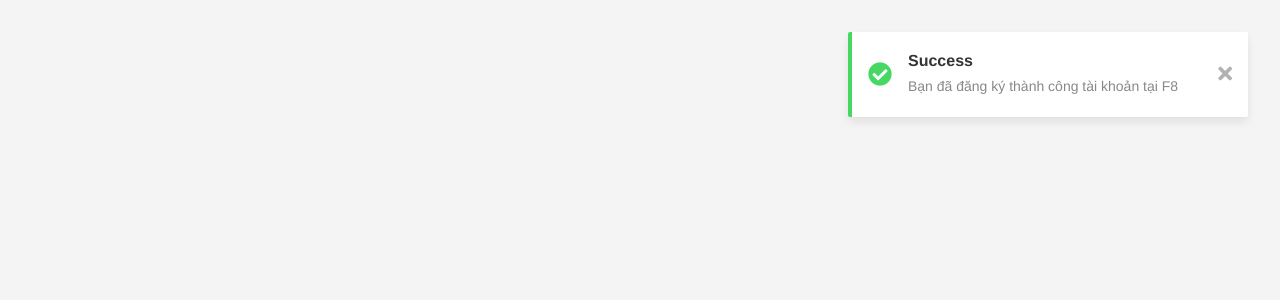
Repository: vuongtm1999/Toast_Message
Page: toast-message.html
The author's editor kept a copy of each file at every save. The page is drawn from the files as they stood at one save, then again after the next save.
The browser window is 1280 px wide. The pictures show the whole page.

Above is the page before, as saved 2022-09-01 12:56:51.

After the next save:
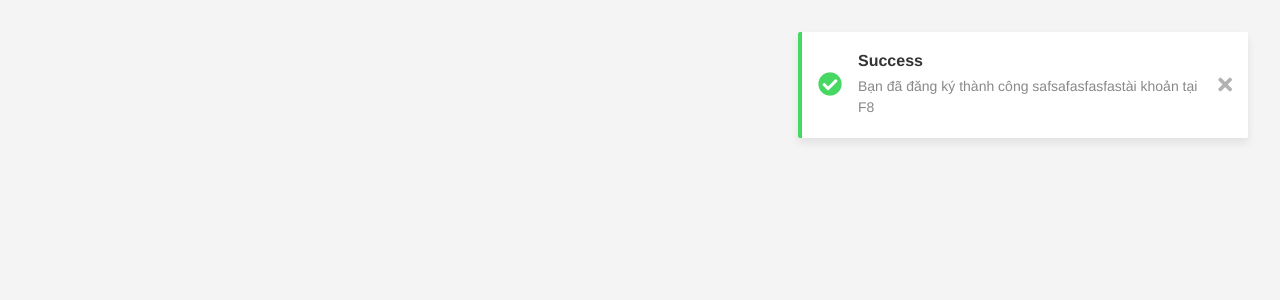
Saved 2 min 0 s later.
--- a/toast-message.html
+++ b/toast-message.html
@@ -22,7 +22,7 @@
             </div>
             <div class="toast__body">
               <h3 class="toast__title">Success</h3>
-              <p class="toast__msg">Bạn đã đăng ký thành công tài khoản tại F8</p>
+              <p class="toast__msg">Bạn đã đăng ký thành công safsafasfasfastài khoản tại F8</p>
             </div>
             <div class="toast__close">
               <i class="fas fa-times"></i>
